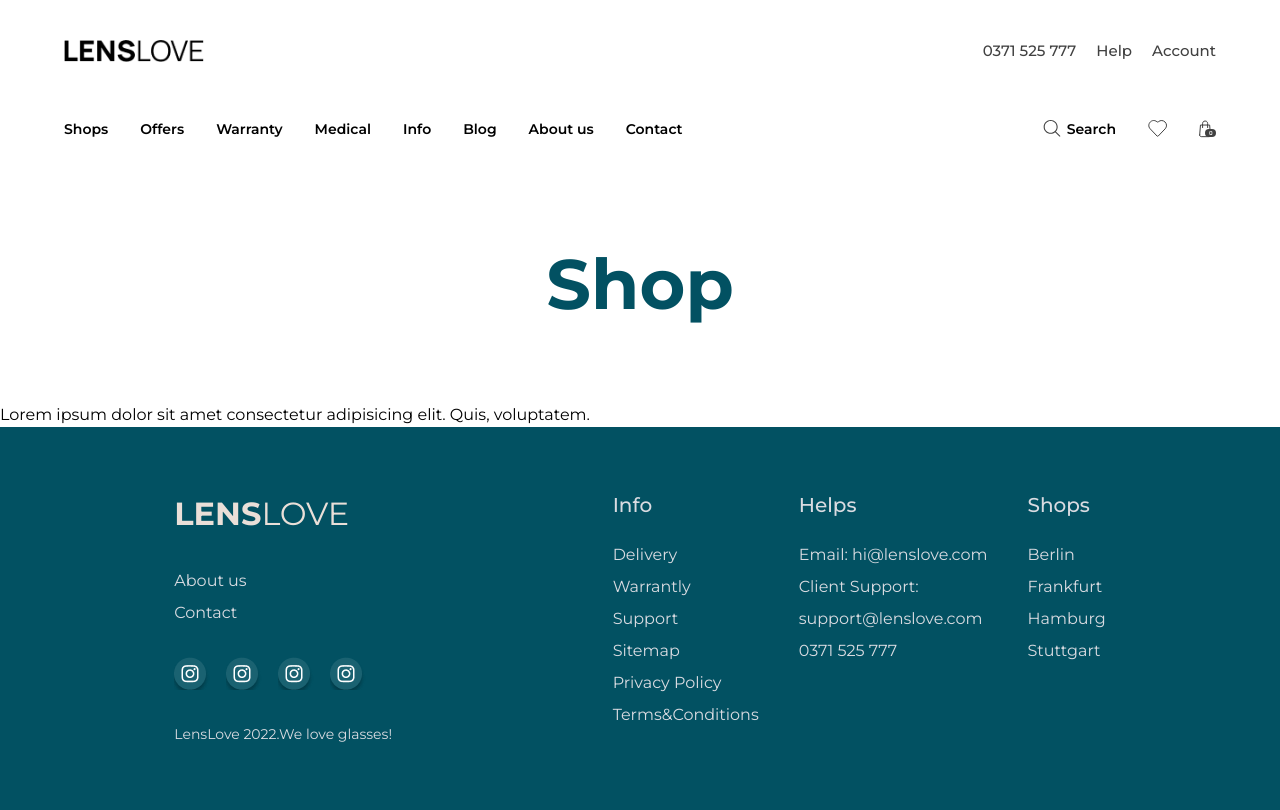
Repository: thienthanhvinh/glasses-react
Page: /shop
An editor plug-in stored every save of this project. The page is shown before and after the next save, followed by the edit.
The browser window is 1280 px wide. The pictures show the whole page.
The project was rebuilt for these pictures with package versions that can differ from the ones it lists, and the page was loaded fresh each time. Also part of the build but not shown: src/App.css, src/components/button/Button.js, src/components/category/Category.js, src/components/intro/Intro.js, src/components/sales/SpringSales.js, src/modules/GlassesGrid.js, src/modules/GlassesItem.js, src/modules/HeadlineImage.js and 11 more.

Above is the page before, as saved 2023-02-13 20:13:14.

After the next save:
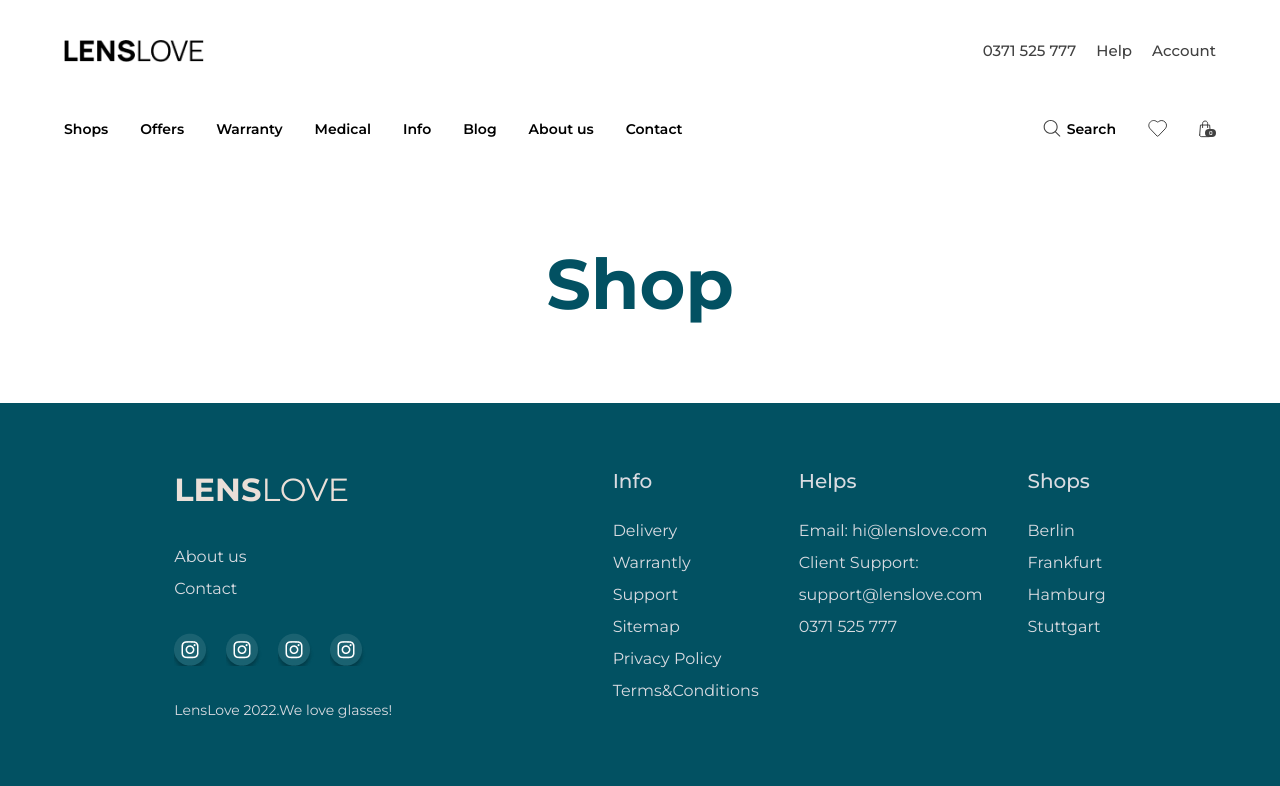
Saved 4 s later.
--- a/src/pages/ShopPage.js
+++ b/src/pages/ShopPage.js
@@ -9,7 +9,7 @@ const ShopPage = () => {
             <LayoutGlasses>
                 <Heading className='mt-14'>Shop</Heading>
                 <div className='mt-[70px]'>
-                    Lorem ipsum dolor sit amet consectetur adipisicing elit. Quis, voluptatem.
+
                 </div>
             </LayoutGlasses>
         </>
